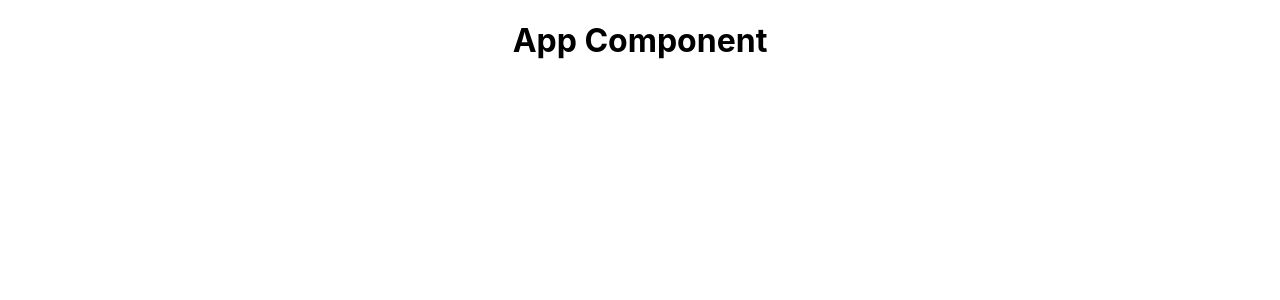
Repository: Samkiroko/full-reacr-ninja
Page: /
These files come from the project's save history. The page is drawn as it stood at one moment and after the next save; the edit follows.
The browser window is 1280 px wide. The pictures show the whole page.
The project was rebuilt for these pictures with package versions that can differ from the ones it lists, and the page was loaded fresh each time.

Above is the page before, as saved 2021-07-19 15:52:50.

### src/App.js
import './App.css'

function App() {
  return (
    <div className='App'>
      <div className='content'>
        <h1>App Component</h1>
      </div>
    </div>
  )
}

export default App

Loaded but not shown: public/index.html (common file); src/index.js (common file); src/index.css (common file); src/App.css (common file)

After the next save:
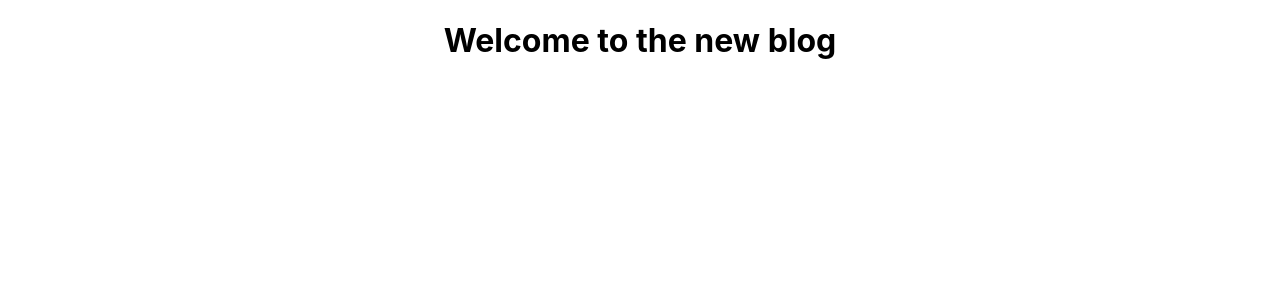
Saved 2 min 9 s later.
--- a/src/App.js
+++ b/src/App.js
@@ -1,10 +1,12 @@
 import './App.css'
 
 function App() {
+  const title = 'Welcome to the new blog'
+
   return (
     <div className='App'>
       <div className='content'>
-        <h1>App Component</h1>
+        <h1>{title}</h1>
       </div>
     </div>
   )
